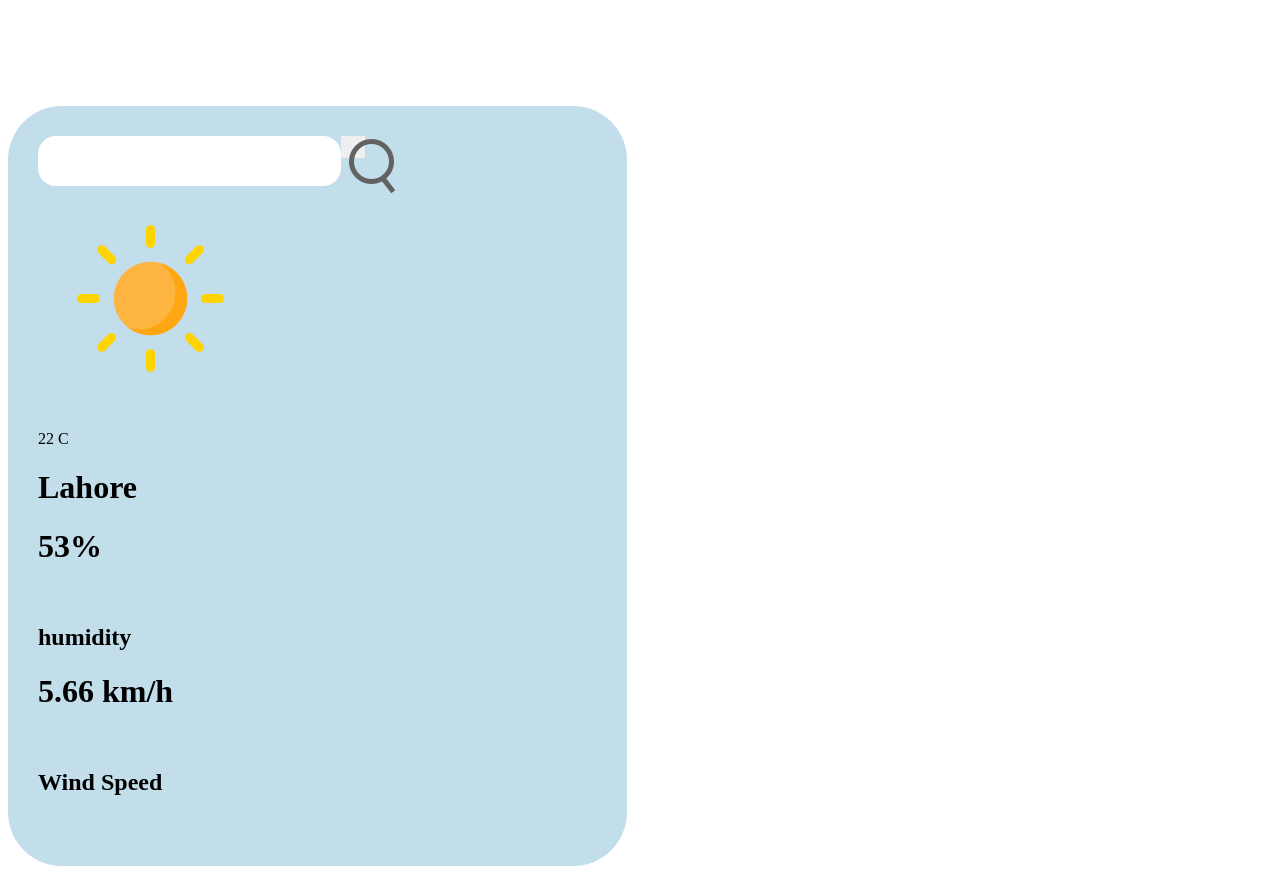
Repository: WajihaGul/Javascripts-Projects
Page: WEATHER APP/index.html
These files come from the project's save history. The page is drawn as it stood at one moment and after the next save; the edit follows.
The browser window is 1280 px wide. The pictures show the whole page.

Above is the page before, as saved 2024-06-07 15:24:37.
Not found: WEATHER APP/script.js

### WEATHER APP/index.html
<!DOCTYPE html>
<html>
    <head>
        <meta charset="utf-8">
        <meta http-equiv="X-UA-Compatible" content="IE=edge">
        <title></title>
        <meta name="description" content="">
        <meta name="viewport" content="width=device-width, initial-scale=1">
        <link rel="stylesheet" href="./style.css">
    </head>
    <body>
            <div class="MainDiv">
                <div class="SearchDiv" >
                <input type="search" class="SearchInput">
                <button class="SearchLogo"><img src="/images/search.png" alt="SearchLogo"></button>
            </div>

            <div class="SecDiv">
                <div class="weather">
                <img src="./images/clear.png" alt="weather here">
                </div>
                <div class="temp">
                    <p>22 C</p>
                </div>
                <div class="cityName">
                    <h1>Lahore</h1>
                </div>
                <div class="humidity">
                    <h1>53%</h1>
                    <br>
                    <h2>humidity</h2>
                </div>
                <div class="windSpeed">
                    <h1>5.66 km/h</h1>
                    <br>
                    <h2>Wind Speed</h2>
                </div>
            </div>
        </div>
        <script src="./script.js" async defer></script>
    </body>
</html>

### WEATHER APP/style.css
.MainDiv{
    background-color: #c3deeb;
    /* margin: 0 auto; */
    width: 559px;
    /* display: flex; */
    margin-top: 106px;
    border-radius: 54px;
    height: 700px;
    padding: 30px
}
 .SearchInput{
    width: 303px;
    height: 50px;
    border-radius: 18px;
    padding: 10px;
    border-color: transparent;
}
.SearchDiv{
    display: flex;
    flex-direction: row;
}
.SearchLogo{
    height: 22px;
    /* border-color: transparent; */
    border-color: transparent;
    width: 24px;
}

After the next save:
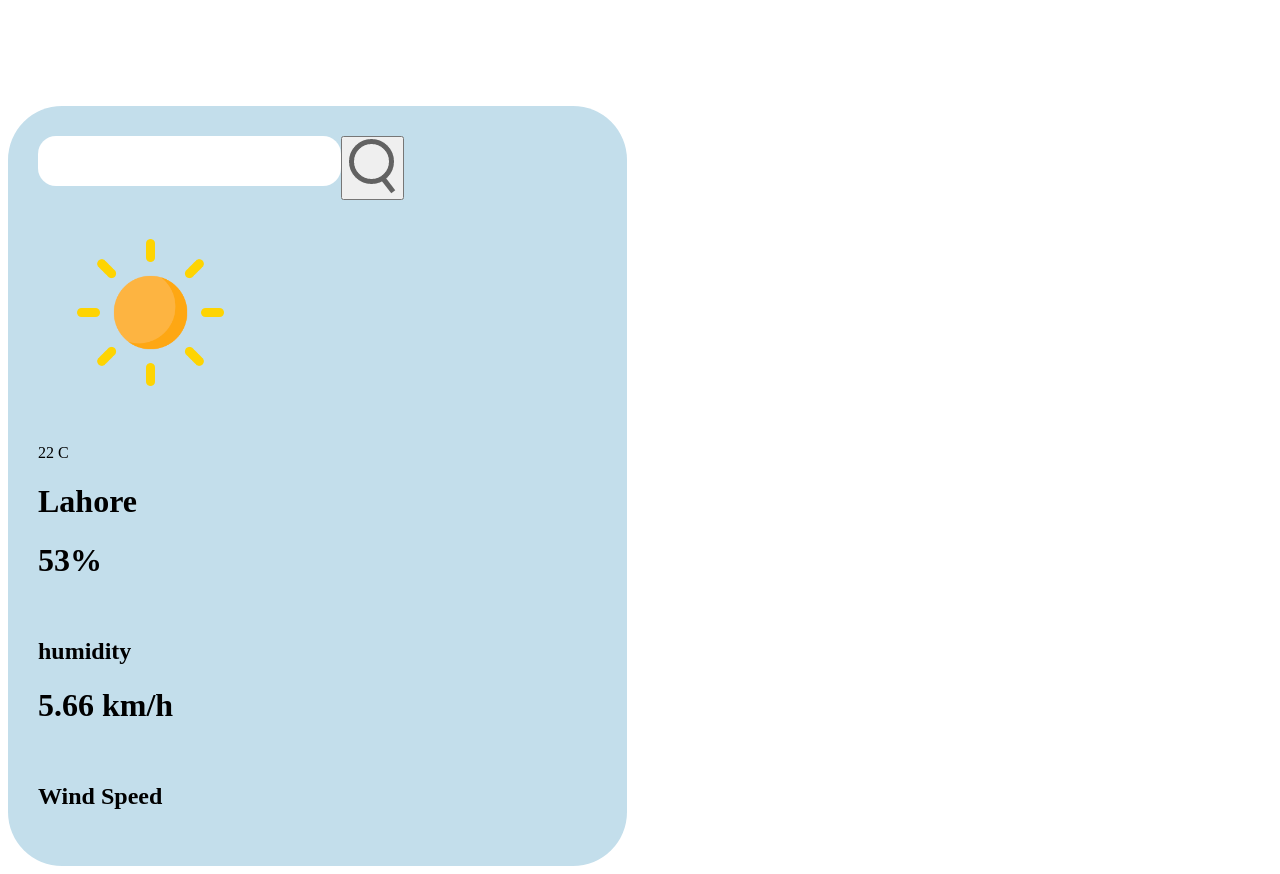
Saved 19 s later.
--- a/WEATHER APP/style.css
+++ b/WEATHER APP/style.css
@@ -19,9 +19,9 @@
     display: flex;
     flex-direction: row;
 }
-.SearchLogo{
+/* .SearchLogo{
     height: 22px;
     /* border-color: transparent; */
     border-color: transparent;
     width: 24px;
-}
+} */
